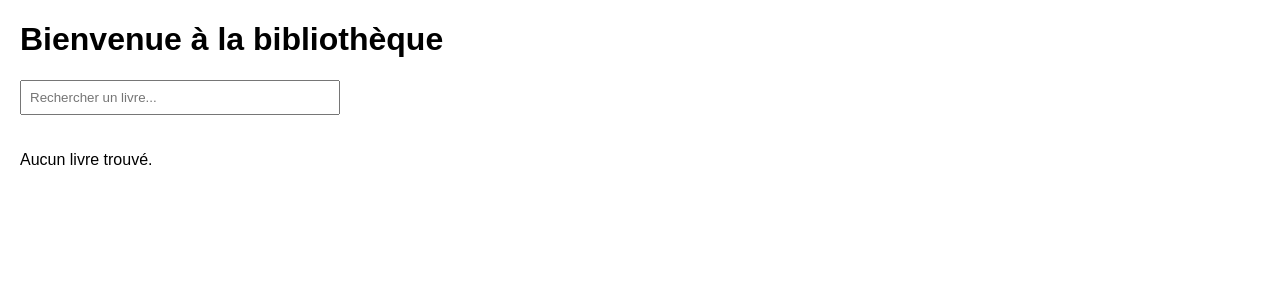
Repository: HAM0909/BookSmart
Page: home.html
These files come from the project's save history. The page is drawn as it stood at one moment and after a run of saves; the edit follows.
The browser window is 1280 px wide. The pictures show the whole page.
The page's requests for data from a server got no answer.

Above is the page before, as saved 2025-08-22 20:20:32.

### home.html
<!DOCTYPE html>
<html lang="fr">
<head>
    <meta charset="UTF-8">
    <title>Home - Bibliothèque</title>
    <style>
        body {
            font-family: Arial, sans-serif;
            margin: 20px;
        }
        #searchInput {
            width: 300px;
            padding: 8px;
            margin-bottom: 20px;
        }
        .books-grid {
            display: grid;
            grid-template-columns: repeat(auto-fill, minmax(180px, 1fr));
            gap: 20px;
        }
        .book-card {
            border: 1px solid #ccc;
            padding: 10px;
            border-radius: 5px;
            text-align: center;
        }
        .book-card img {
            width: 150px;
            height: 200px;
            object-fit: cover;
            margin-bottom: 10px;
        }
        .book-title {
            font-weight: bold;
            margin-bottom: 5px;
        }
        .book-status {
            margin-bottom: 10px;
            padding: 5px;
            border-radius: 3px;
            color: white;
        }
        .disponible {
            background-color: green;
        }
        .reserve {
            background-color: red;
        }
        .book-card button {
            padding: 5px 10px;
            cursor: pointer;
        }
        .book-card button:disabled {
            cursor: not-allowed;
            opacity: 0.6;
        }
    </style>
</head>
<body>

<h1>Bienvenue à la bibliothèque</h1>
<input type="text" id="searchInput" placeholder="Rechercher un livre...">

<div id="booksGrid" class="books-grid"></div>

<script>
async function fetchBooks(search="") {
    try {
        let url = "/api/livres";
        if (search) url += `?search=${encodeURIComponent(search)}`;
        const response = await fetch(url);
        if (!response.ok) throw new Error(`HTTP error! status: ${response.status}`);
        const livres = await response.json();
        return livres;
    } catch (err) {
        console.error("Erreur fetchBooks:", err);
        return [];
    }
}

async function displayBooks(search="") {
    const books = await fetchBooks(search);
    const grid = document.getElementById("booksGrid");
    grid.innerHTML = "";

    if (books.length === 0) {
        grid.innerHTML = "<p>Aucun livre trouvé.</p>";
        return;
    }

    books.forEach(book => {
        const card = document.createElement("div");
        card.className = "book-card";
        card.innerHTML = `
            <img src="${book.image_url || 'https://via.placeholder.com/150'}" alt="${book.titre}">
            <div class="book-title">${book.titre}</div>
            <div class="book-status ${book.disponibilite ? 'disponible' : 'reserve'}">
                ${book.disponibilite ? 'Disponible' : 'Réservé'}
            </div>
            <button ${!book.disponibilite ? 'disabled' : ''} onclick="reserveBook(${book.id})">
                Réserver
            </button>
        `;
        grid.appendChild(card);
    });
}

async function reserveBook(bookId) {
    try {
        const response = await fetch("/api/reservations", {
            method: "POST",
            headers: { "Content-Type": "application/json" },
            body: JSON.stringify({ id_livre: bookId, id_adherent: 1 }) // Remplace 1 par l'id réel de l'adhérent connecté
        });
        const result = await response.json();
        alert(result.msg);
        displayBooks(); // Rafraîchir la liste
    } catch (err) {
        console.error("Erreur réservation:", err);
        alert("Erreur lors de la réservation.");
    }
}

// Recherche dynamique
document.getElementById("searchInput").addEventListener("input", (e) => {
    displayBooks(e.target.value);
});

// Affichage initial
displayBooks();
</script>

</body>
</html>

After the next 2 saves:
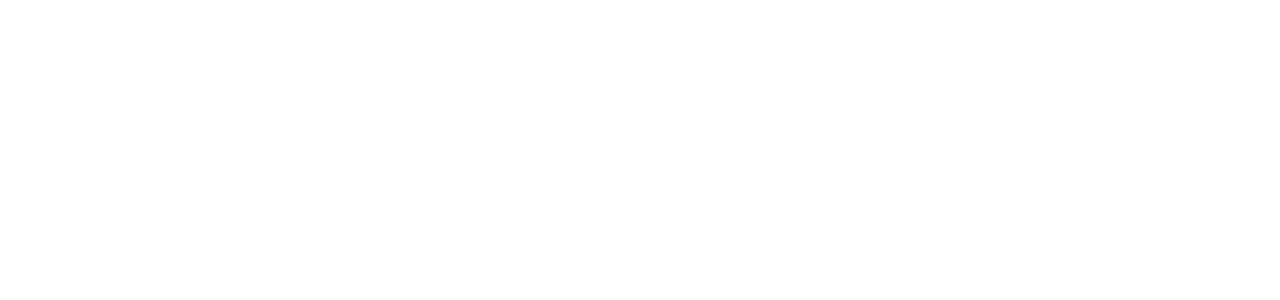
Console error: TypeError: Cannot read properties of null (reading 'addEventListener')
The 2 saves are shown as one change because they came seconds apart.
The last was saved 76 s later.
--- a/home.html
+++ b/home.html
@@ -1,92 +1,16 @@
-<!DOCTYPE html>
-<html lang="fr">
-<head>
-    <meta charset="UTF-8">
-    <title>Home - Bibliothèque</title>
-    <style>
-        body {
-            font-family: Arial, sans-serif;
-            margin: 20px;
-        }
-        #searchInput {
-            width: 300px;
-            padding: 8px;
-            margin-bottom: 20px;
-        }
-        .books-grid {
-            display: grid;
-            grid-template-columns: repeat(auto-fill, minmax(180px, 1fr));
-            gap: 20px;
-        }
-        .book-card {
-            border: 1px solid #ccc;
-            padding: 10px;
-            border-radius: 5px;
-            text-align: center;
-        }
-        .book-card img {
-            width: 150px;
-            height: 200px;
-            object-fit: cover;
-            margin-bottom: 10px;
-        }
-        .book-title {
-            font-weight: bold;
-            margin-bottom: 5px;
-        }
-        .book-status {
-            margin-bottom: 10px;
-            padding: 5px;
-            border-radius: 3px;
-            color: white;
-        }
-        .disponible {
-            background-color: green;
-        }
-        .reserve {
-            background-color: red;
-        }
-        .book-card button {
-            padding: 5px 10px;
-            cursor: pointer;
-        }
-        .book-card button:disabled {
-            cursor: not-allowed;
-            opacity: 0.6;
-        }
-    </style>
-</head>
-<body>
-
-<h1>Bienvenue à la bibliothèque</h1>
-<input type="text" id="searchInput" placeholder="Rechercher un livre...">
-
-<div id="booksGrid" class="books-grid"></div>
-
 <script>
 async function fetchBooks(search="") {
-    try {
-        let url = "/api/livres";
-        if (search) url += `?search=${encodeURIComponent(search)}`;
-        const response = await fetch(url);
-        if (!response.ok) throw new Error(`HTTP error! status: ${response.status}`);
-        const livres = await response.json();
-        return livres;
-    } catch (err) {
-        console.error("Erreur fetchBooks:", err);
-        return [];
-    }
+    let url = "/api/livres";
+    if (search) url += `?search=${encodeURIComponent(search)}`;
+    const response = await fetch(url);
+    const livres = await response.json();
+    return livres;
 }
 
 async function displayBooks(search="") {
     const books = await fetchBooks(search);
     const grid = document.getElementById("booksGrid");
     grid.innerHTML = "";
-
-    if (books.length === 0) {
-        grid.innerHTML = "<p>Aucun livre trouvé.</p>";
-        return;
-    }
 
     books.forEach(book => {
         const card = document.createElement("div");
@@ -97,31 +21,12 @@
             <div class="book-status ${book.disponibilite ? 'disponible' : 'reserve'}">
                 ${book.disponibilite ? 'Disponible' : 'Réservé'}
             </div>
-            <button ${!book.disponibilite ? 'disabled' : ''} onclick="reserveBook(${book.id})">
-                Réserver
-            </button>
+            <button ${!book.disponibilite ? 'disabled' : ''}>Réserver</button>
         `;
         grid.appendChild(card);
     });
 }
 
-async function reserveBook(bookId) {
-    try {
-        const response = await fetch("/api/reservations", {
-            method: "POST",
-            headers: { "Content-Type": "application/json" },
-            body: JSON.stringify({ id_livre: bookId, id_adherent: 1 }) // Remplace 1 par l'id réel de l'adhérent connecté
-        });
-        const result = await response.json();
-        alert(result.msg);
-        displayBooks(); // Rafraîchir la liste
-    } catch (err) {
-        console.error("Erreur réservation:", err);
-        alert("Erreur lors de la réservation.");
-    }
-}
-
-// Recherche dynamique
 document.getElementById("searchInput").addEventListener("input", (e) => {
     displayBooks(e.target.value);
 });
@@ -129,6 +34,3 @@
 // Affichage initial
 displayBooks();
 </script>
-
-</body>
-</html>

After the 2 saves that followed:
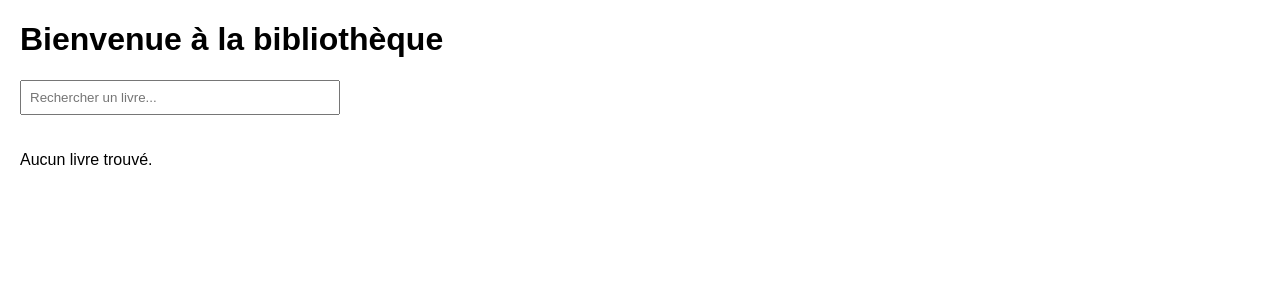
The error is gone.
The 2 saves are shown as one change because they came seconds apart.
The last was saved 58 s later.
--- a/home.html
+++ b/home.html
@@ -1,16 +1,92 @@
+<!DOCTYPE html>
+<html lang="fr">
+<head>
+    <meta charset="UTF-8">
+    <title>Home - Bibliothèque</title>
+    <style>
+        body {
+            font-family: Arial, sans-serif;
+            margin: 20px;
+        }
+        #searchInput {
+            width: 300px;
+            padding: 8px;
+            margin-bottom: 20px;
+        }
+        .books-grid {
+            display: grid;
+            grid-template-columns: repeat(auto-fill, minmax(180px, 1fr));
+            gap: 20px;
+        }
+        .book-card {
+            border: 1px solid #ccc;
+            padding: 10px;
+            border-radius: 5px;
+            text-align: center;
+        }
+        .book-card img {
+            width: 150px;
+            height: 200px;
+            object-fit: cover;
+            margin-bottom: 10px;
+        }
+        .book-title {
+            font-weight: bold;
+            margin-bottom: 5px;
+        }
+        .book-status {
+            margin-bottom: 10px;
+            padding: 5px;
+            border-radius: 3px;
+            color: white;
+        }
+        .disponible {
+            background-color: green;
+        }
+        .reserve {
+            background-color: red;
+        }
+        .book-card button {
+            padding: 5px 10px;
+            cursor: pointer;
+        }
+        .book-card button:disabled {
+            cursor: not-allowed;
+            opacity: 0.6;
+        }
+    </style>
+</head>
+<body>
+
+<h1>Bienvenue à la bibliothèque</h1>
+<input type="text" id="searchInput" placeholder="Rechercher un livre...">
+
+<div id="booksGrid" class="books-grid"></div>
+
 <script>
 async function fetchBooks(search="") {
-    let url = "/api/livres";
-    if (search) url += `?search=${encodeURIComponent(search)}`;
-    const response = await fetch(url);
-    const livres = await response.json();
-    return livres;
+    try {
+        let url = "/api/livres";
+        if (search) url += `?search=${encodeURIComponent(search)}`;
+        const response = await fetch(url);
+        if (!response.ok) throw new Error(`HTTP error! status: ${response.status}`);
+        const livres = await response.json();
+        return livres;
+    } catch (err) {
+        console.error("Erreur fetchBooks:", err);
+        return [];
+    }
 }
 
 async function displayBooks(search="") {
     const books = await fetchBooks(search);
     const grid = document.getElementById("booksGrid");
     grid.innerHTML = "";
+
+    if (books.length === 0) {
+        grid.innerHTML = "<p>Aucun livre trouvé.</p>";
+        return;
+    }
 
     books.forEach(book => {
         const card = document.createElement("div");
@@ -21,12 +97,31 @@
             <div class="book-status ${book.disponibilite ? 'disponible' : 'reserve'}">
                 ${book.disponibilite ? 'Disponible' : 'Réservé'}
             </div>
-            <button ${!book.disponibilite ? 'disabled' : ''}>Réserver</button>
+            <button ${!book.disponibilite ? 'disabled' : ''} onclick="reserveBook(${book.id})">
+                Réserver
+            </button>
         `;
         grid.appendChild(card);
     });
 }
 
+async function reserveBook(bookId) {
+    try {
+        const response = await fetch("/api/reservations", {
+            method: "POST",
+            headers: { "Content-Type": "application/json" },
+            body: JSON.stringify({ id_livre: bookId, id_adherent: 1 }) // Remplace 1 par l'id réel de l'adhérent connecté
+        });
+        const result = await response.json();
+        alert(result.msg);
+        displayBooks(); // Rafraîchir la liste
+    } catch (err) {
+        console.error("Erreur réservation:", err);
+        alert("Erreur lors de la réservation.");
+    }
+}
+
+// Recherche dynamique
 document.getElementById("searchInput").addEventListener("input", (e) => {
     displayBooks(e.target.value);
 });
@@ -34,3 +129,6 @@
 // Affichage initial
 displayBooks();
 </script>
+
+</body>
+</html>
